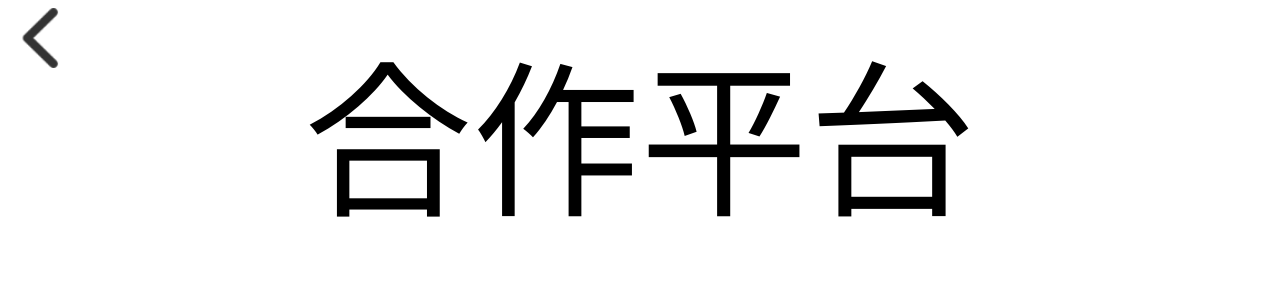
Repository: GgoodBoy/js-object
Page: jquery懒加载/platObj/platForm.html
These files come from the project's save history. The page is drawn as it stood at one moment and after the next save; the edit follows.
The browser window is 1280 px wide. The pictures show the whole page.
Some web libraries are served in a nearby version.

Above is the page before, as saved 2019-10-15 13:46:36.

### jquery懒加载/platObj/platForm.html
<!DOCTYPE html PUBLIC "-//WAPFORUM//DTD XHTML Mobile 1.0//EN" "http://www.wapforum.org/DTD/xhtml-mobile10.dtd">
<html>
<head>
  <meta charset="utf-8">
  <meta name="viewport" content="width=device-width,initial-scale=1.0,maximum-scale=1.0,minimum=1.0,user-scalable=no">
  <meta name="format-detection" content="telephone=no, email=no">
  <meta name="apple-mobile-web-app-capable" content="yes">
  <meta http-equiv="Content-Security-Policy" content="script-src 'self' *.alicdn.com *.qq.com *.wx.qq.com *.7moor.com * *.youfushuyuan.com *.xueguoxue.com *.sohu.com 'unsafe-inline' 'unsafe-eval'">

</head>

<body>
  <div id="platFormId">
    <div class="titleNav">
        <img class="imgInf" src="./img/returnImg.png"/>
        合作平台
    </div>
    <div class="platList"></div>
  </div>
</body>
<script src="http://libs.baidu.com/jquery/2.0.0/jquery.min.js"></script>
<script>
!(function(doc, win) {
    var docEle = doc.documentElement,
        evt = "onorientationchange" in window ? "orientationchange" : "resize",
        fn = function() {
            var width = docEle.clientWidth;
            width && (docEle.style.fontSize = Math.ceil(42 * (width / 320)) + "px");
        };

    win.addEventListener(evt, fn, false);
    doc.addEventListener("DOMContentLoaded", fn, false);

}(document, window));
</script>
<style>
html{
    -ms-text-size-adjust: 100%;
    -webkit-text-size-adjust: 100%;
    background: 0 0;
    color: #000;
    -moz-user-select: none;
    -khtml-user-select: none;
    user-select: none;
    width: 100%;
    height: 100%;
}
#platFormId{
    position: relative;
}
#platFormId .titleNav{
    text-align: center;
    width: 100%;
    height: 2.7rem;
}
#platFormId .titleNav .imgInf{
    position: absolute;
    left: 0;
    width: 0.36rem;
}

</style>
</html>

After the next save:
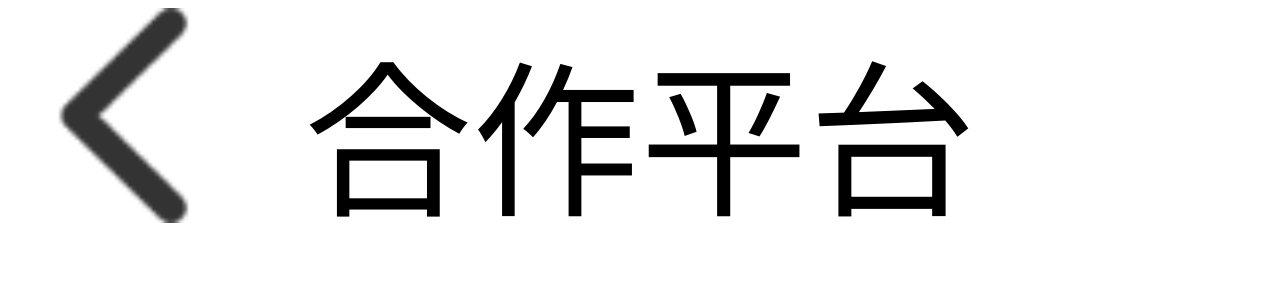
Saved 16 s later.
--- a/jquery懒加载/platObj/platForm.html
+++ b/jquery懒加载/platObj/platForm.html
@@ -56,7 +56,7 @@
 #platFormId .titleNav .imgInf{
     position: absolute;
     left: 0;
-    width: 0.36rem;
+    width: 1.28rem;
 }
 
 </style>

After the save that followed:
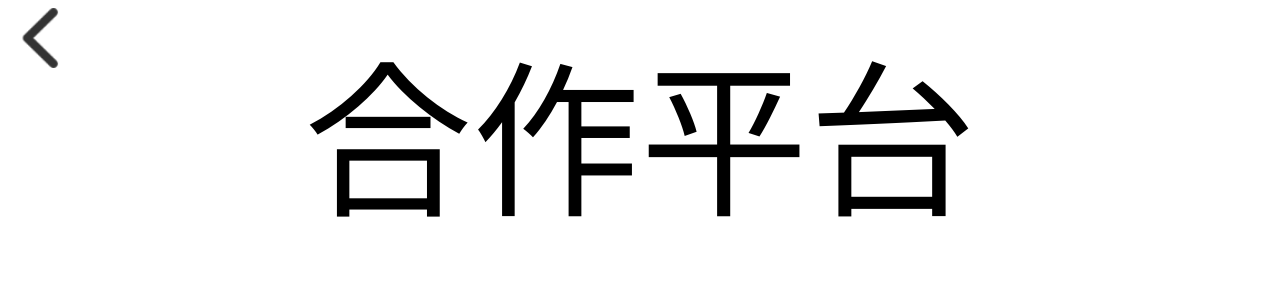
Saved 41 s later.
--- a/jquery懒加载/platObj/platForm.html
+++ b/jquery懒加载/platObj/platForm.html
@@ -56,7 +56,7 @@
 #platFormId .titleNav .imgInf{
     position: absolute;
     left: 0;
-    width: 1.28rem;
+    width: 0.36rem;
 }
 
 </style>
